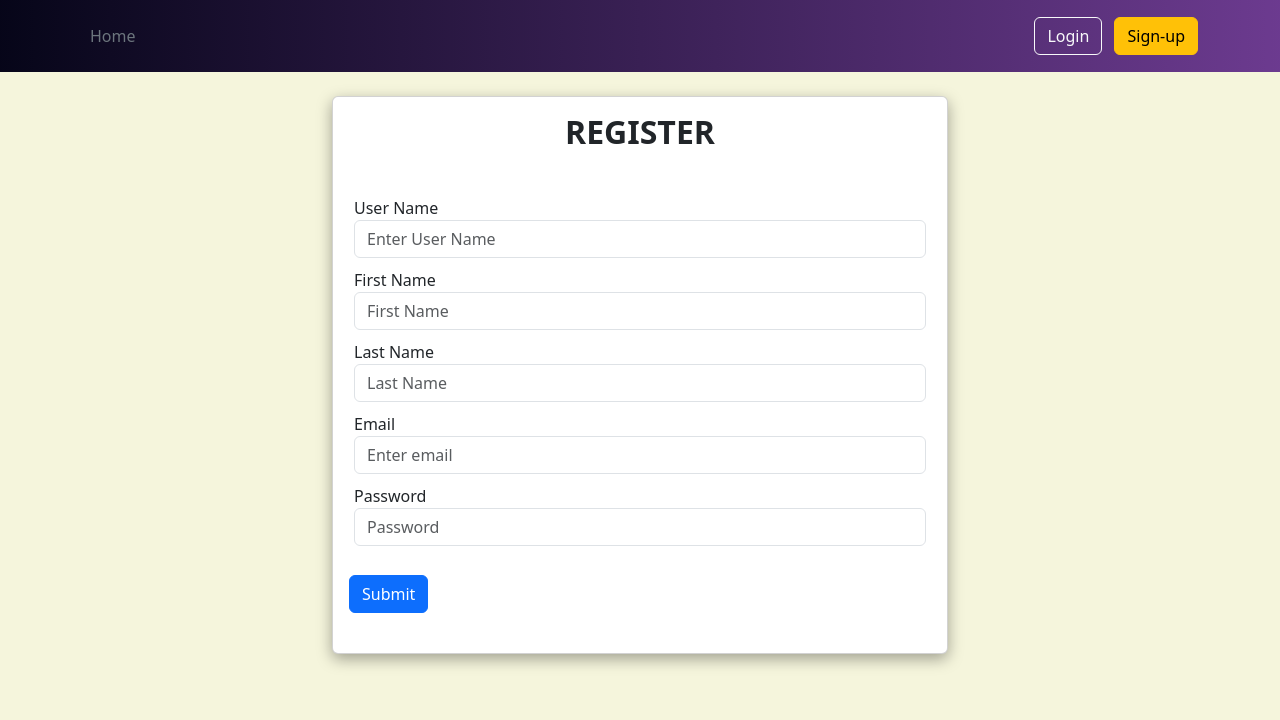
Repository: professorsourabh/php_membership
Page: http://localhost/assignment/
These files come from the project's save history. The page is drawn as it stood at one moment and after the next save; the edit follows.
The browser window is 1280 px wide. The pictures show the whole page.
The page is run by PHP 8.4 with error messages shown; the project is at /var/www/html/.

Above is the page before, as saved 2023-07-09 15:25:01.

After the next save:
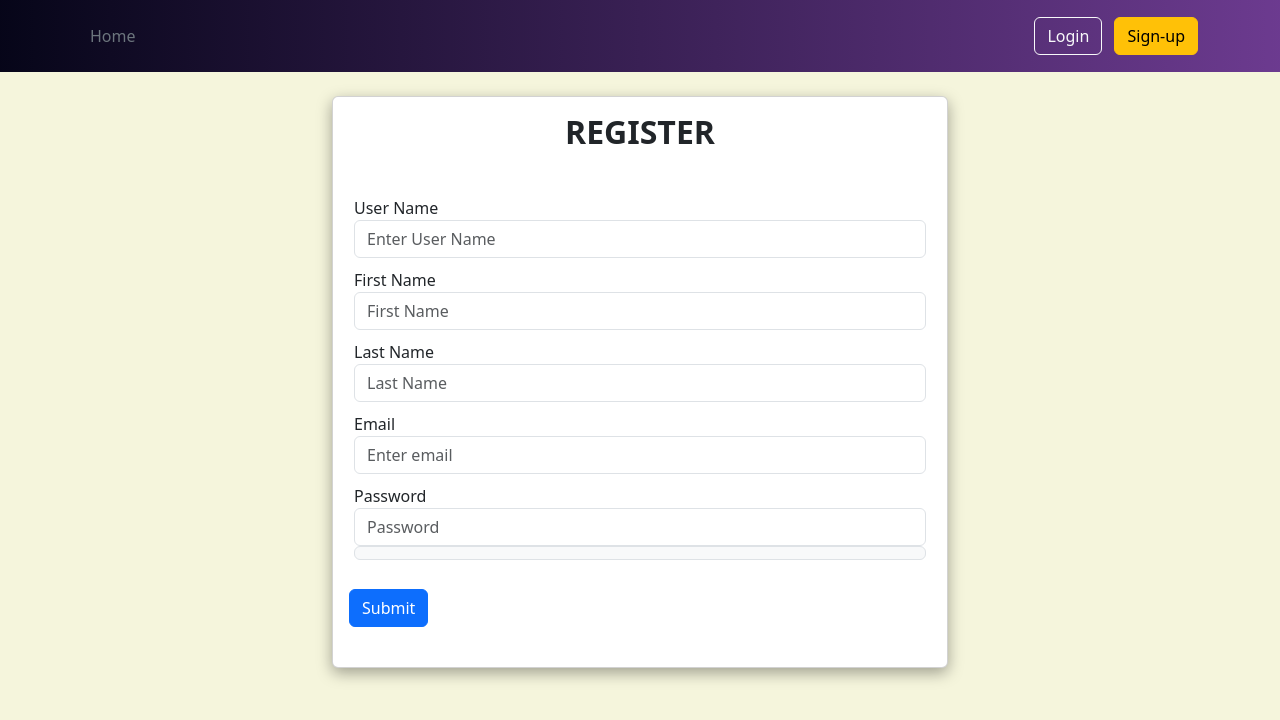
Saved 37 s later.
--- a/index.php
+++ b/index.php
@@ -80,6 +80,9 @@ session_start();
               <div class="form-group">
                 <label for="exampleInputPassword">Password</label>
                 <input type="password" class="form-control" name="password" id="exampleInputPassword" placeholder="Password">
+                <span class="input-group-text eye-icon" onclick="togglePasswordVisibility('password')">
+                            <i class="fas fa-eye"></i>
+                        </span>
               </div>
 
 
